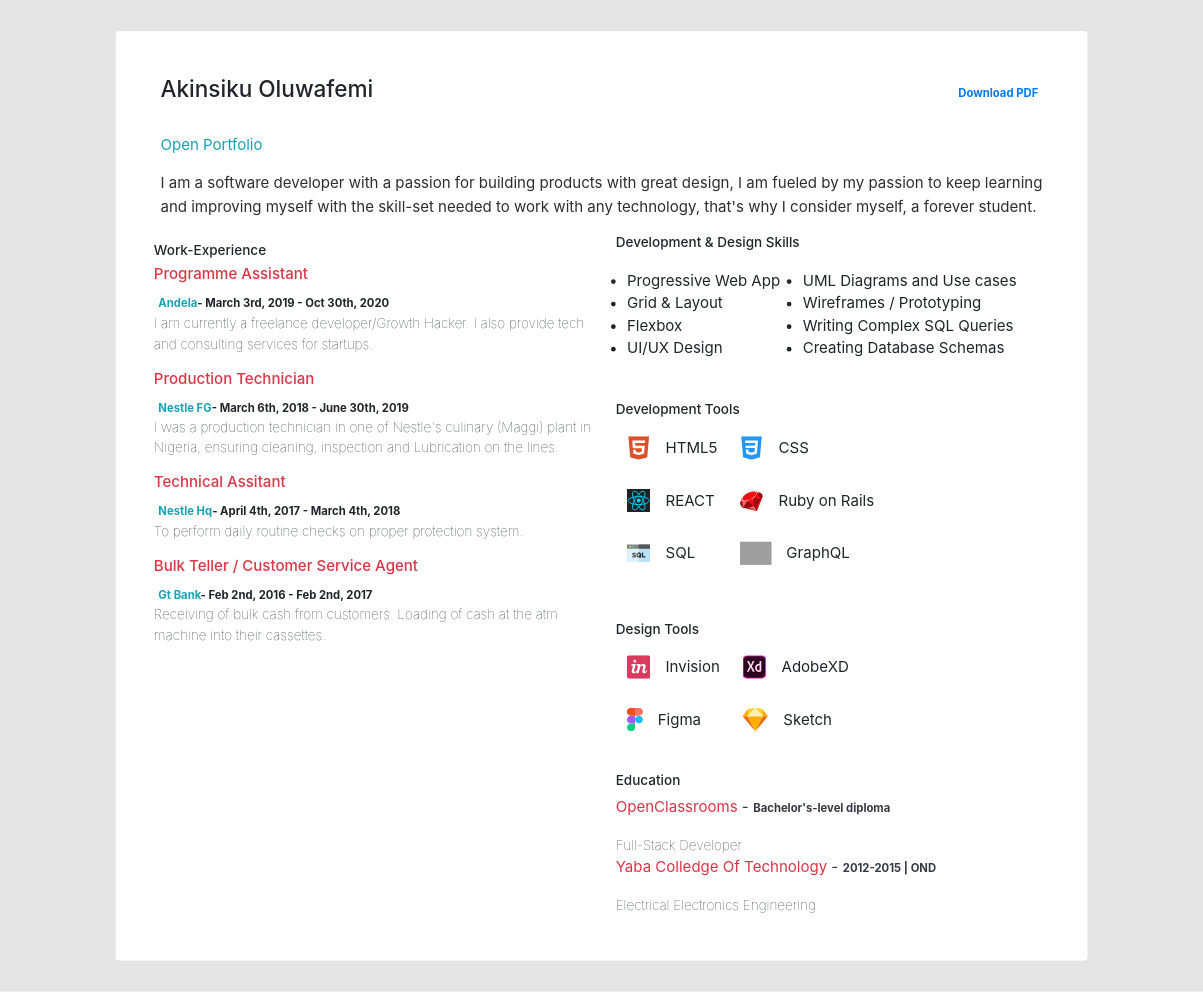
Repository: akinsikuoluwafemi/resume
Page: index.html
The author's editor kept a copy of each file at every save. The page is drawn from the files as they stood at one save, then again after the next save.
The browser window is 1280 px wide. The pictures show the whole page, at 94% of full size.
Pictures or frames that could not be fetched are drawn as grey boxes. The style sheet was rebuilt from its Sass, Less or Tailwind sources for each picture, by a compiler version that may differ from the author's.

Above is the page before, as saved 2021-01-13 23:34:45.

### index.html
<!DOCTYPE html>
<html lang="en">

<head>
    <meta charset="UTF-8">
    <meta name="viewport" content="width=device-width, initial-scale=1.0">
    <meta http-equiv="X-UA-Compatible" content="ie=edge">
    <link rel="shortcut icon" type="image/png" href="./images/new-photo.png">

    <link rel="stylesheet" href="https://stackpath.bootstrapcdn.com/bootstrap/4.3.1/css/bootstrap.min.css" integrity="sha384-ggOyR0iXCbMQv3Xipma34MD+dH/1fQ784/j6cY/iJTQUOhcWr7x9JvoRxT2MZw1T"
        crossorigin="anonymous" />
    <link rel="stylesheet" href="./resume.css">

    <title>Akinsiku Oluwafemi - Software Developer</title>
</head>

<body>

   <div class="col-sm-12 col-lg-10 m-auto">
       <!--  -->
        <div class="p-c container border px-3 py-4 px-lg-5 py-lg-5 ">
            <header class="row">
                <div class="col d-flex align-items-center">
                    <h4 class="header__name mr-auto">Akinsiku Oluwafemi</h4>
                    <a href="./images/Femi_Akinsiku_resume.pdf" download="Femi_Akinsiku_resume.pdf" class="badge">Download PDF</a>
                </div>
            </header>
            <div class="row mt-4">
                <a href="https://femiakin.com/" target="_blank" class="col text-info">Open Portfolio</a>
            </div>

            <div class="row mt-3">
                <div class="col">
                    <p class="intro">I am a software developer with a passion for building products with great design, I am
                        fueled by my passion to keep learning and improving myself with the skill-set needed to work with
                        any
                        technology,
                        that's why I consider myself, a forever student.</p>
                </div>
            </div>


            <div class="row">

                <div class="col col-lg-6 p-2  ">
                    <!-- <div>
                        <h5 class="item__header">Community-Experience</h5>

                        <h6 class="item__job text-danger">#GADS 2020 - Programme Assistant </h6>
                        <p class="item__description">Grow with google, Andela and Pluralsight partnered to provide a new
                            program to support
                            software developers in Africa on Android, Google Cloud and Mobile Web skills. I am currently
                            serving as a
                            program assistant.</p>

                    </div>

                    <div>



                        <h6 class="item__job text-danger">#BuildforSDG Challenge 2020 - Programme Assistant </h6>


                        <p class="item__description">Facebook and Andela partnered to up-skill developers across
                            Sub-Saharan
                            Africa,
                            through a six-week immersive program where selected developers work in agile remote
                            teams to build projects relating to the SDGs.
                        </p>

                    </div> -->




                    <!-- here -->
                    <div>
                        <h5 class="item__header">Work-Experience</h5>
                        <h6 class="item__job text-danger">Programme Assistant
</h6>
                        <span class="badge"><span class="text-info">Andela</span>- March 3rd, 2019 - Oct 30th, 2020</span>
                        <p class="item__description">I am currently a freelance developer/Growth Hacker. I also provide tech and consulting services for startups.</p>

                    </div>
                    <div>
                        <h6 class="item__job text-danger">Production Technician</h6>
                        <span class="badge"><span class="text-info">Nestle FG</span>- March 6th, 2018 - June 30th, 2019 </span>
                        <p class="item__description">I was a production technician in one of Nestle's culinary (Maggi)
                            plant in
                            Nigeria,
                            ensuring cleaning, inspection and Lubrication on the lines.</p>

                    </div>
                    <div>
                        <h6 class="item__job text-danger">Technical Assitant</h6>
                        <span class="badge"><span class="text-info">Nestle Hq</span>- April 4th, 2017 - March 4th, 2018</span>
                        <p class="item__description">To perform daily routine checks on proper protection system.
                        </p>

                    </div>
                    <div>
                        <h6 class="item__job text-danger">Bulk Teller / Customer Service Agent</h6>
                        <span class="badge"><span class="text-info">Gt Bank</span>- Feb 2nd, 2016 - Feb 2nd, 2017 </span>
                        <p class="item__description">Receiving of bulk cash from customers.
                            Loading of cash at the atm machine into their cassettes.
                            </p>

                    </div>
                    <!-- here2 -->


                </div>
                <div class="col col-lg-6 ">

                    <div>
                        <h5 class="item__header ">Development & Design Skills</h5>
                        <div class="d-flex ">
                            <ul class="list__item">
                                <li>Progressive Web App</li>
                                <li>Grid & Layout</li>
                                <li>Flexbox</li>
                                <li>UI/UX Design</li>


                            </ul>
                            <ul class="list__item">
                                <li>UML Diagrams and Use cases</li>
                                <li>Wireframes / Prototyping</li>
                                <li>Writing Complex SQL Queries</li>
                                <li>Creating Database Schemas</li>



                            </ul>
                        </div>


                    </div>

                    <div class="item__container">
                        <h5 class="item__header">Development Tools</h5>
                        <div class="d-flex ">
                            <ul class="list__item">
                                <div class="d-flex  mb-3">
                                    <img src="./images/html5.svg" />
                                    <p class="ml-3">HTML5</p>
                                </div>
                                <div class="d-flex  mb-3">
                                    <img src="./images/react-1.svg" />
                                    <p class="ml-3">REACT</p>
                                </div>
                                <div class="d-flex ">
                                    <img src="./images/sql.svg" />
                                    <p class="ml-3">SQL</p>
                                </div>

                            </ul>
                            <ul class="list__item ">
                                <div class="d-flex  mb-3">
                                    <img src="./images/css-3.svg" />
                                    <p class="ml-3">CSS</p>
                                </div>
                                <div class="d-flex  mb-3">
                                    <img src="./images/ruby.svg" />
                                    <p class="ml-3">Ruby on Rails</p>
                                </div>
                                <div class="d-flex ">
                                    <img src="./images/graphql-icon.svg" />
                                    <p class="ml-3">GraphQL</p>
                                </div>


                            </ul>
                        </div>


                    </div>

                    <!-- here -->

                    <div class="item__contain">
                        <h5 class="item__header">Design Tools</h5>
                        <div class="d-flex ">
                            <ul class="list__item">
                                <div class="d-flex mb-3">
                                    <img src="./images/invision.svg" />
                                    <p class="ml-3">Invision</p>
                                </div>
                                <div class="d-flex ">
                                    <img src="./images/figma-1.svg" />
                                    <p class="ml-3">Figma</p>
                                </div>

                            </ul>
                            <ul class="list__item ">
                                <div class="d-flex  mb-3 ">
                                    <img src="./images/adobe-xd-1.svg" />
                                    <p class="ml-3">AdobeXD</p>
                                </div>
                                <div class="d-flex ">
                                    <img src="./images/sketch-2.svg" />
                                    <p class="ml-3">Sketch</p>
                                </div>


                            </ul>
                        </div>


                    </div>
                    <div class="edu">
                        <h5 class="item__header">Education</h5>
                        <p paragraph><a href="https://www.francecompetences.fr/recherche/rncp/27099/" class="text-danger text-info">OpenClassrooms
                            <span class="text-dark">-</span><span class="badge text-dark">Bachelor's-level diploma</span></a></p>

                        <span class="item__description "><a style="color: #212529" href="https://openclassrooms.com/en/paths/104-full-stack-developer">Full-Stack Developer</a></span>

                        <p class="text-danger paragraph pt-2">Yaba Colledge Of Technology <span class="text-dark">-</span><span class="badge text-dark">2012-2015
                                | OND</span></p>
                        <span class="item__description ">Electrical Electronics Engineering</span>


                    </div>



                </div>

            </div>


        </div>

        <!--  -->
   </div>










    <script src="https://code.jquery.com/jquery-3.3.1.slim.min.js" integrity="sha384-q8i/X+965DzO0rT7abK41JStQIAqVgRVzpbzo5smXKp4YfRvH+8abtTE1Pi6jizo"
        crossorigin="anonymous"></script>
    <script src="https://cdnjs.cloudflare.com/ajax/libs/popper.js/1.14.7/umd/popper.min.js" integrity="sha384-UO2eT0CpHqdSJQ6hJty5KVphtPhzWj9WO1clHTMGa3JDZwrnQq4sF86dIHNDz0W1"
        crossorigin="anonymous"></script>
    <script src="https://stackpath.bootstrapcdn.com/bootstrap/4.3.1/js/bootstrap.min.js" integrity="sha384-JjSmVgyd0p3pXB1rRibZUAYoIIy6OrQ6VrjIEaFf/nJGzIxFDsf4x0xIM+B07jRM"
        crossorigin="anonymous"></script>
</body>

</html>

### resume.scss


body {
    background-color: #E5E5E5;

    -webkit-font-smoothing: antialiased;
  -moz-osx-font-smoothing: grayscale;
}

.container {
    margin: 2rem auto;
    background-color: white;
    border-radius: .3rem;
}

.intro {
    font-size: 1rem;
    color: rgba(0,0,0,0.82);
    line-height: 1.6rem;
}


.text-info:hover{
    text-decoration: none;
}

img {
    height: 25px;
}



.item {

     &__contain {
        margin-bottom: 0rem;
        // background: red;
    }

    &__container {
        margin: 1rem 0!important;
    }

    &__dev {
         font-size: .9rem;
        margin-bottom: 1rem;
    }

    &__header {
        font-size: .9rem;
        margin-bottom: .5rem;
    }

    &__description {
        font-weight: 100;
        font-size: .9rem;
    }

}


.list__item {
    padding: 12px;
}

@media (max-width: 576px) {
    br {
        display: none;
    }
 }

 .paragraph {
   padding: 0!important;
 }

After the next save:
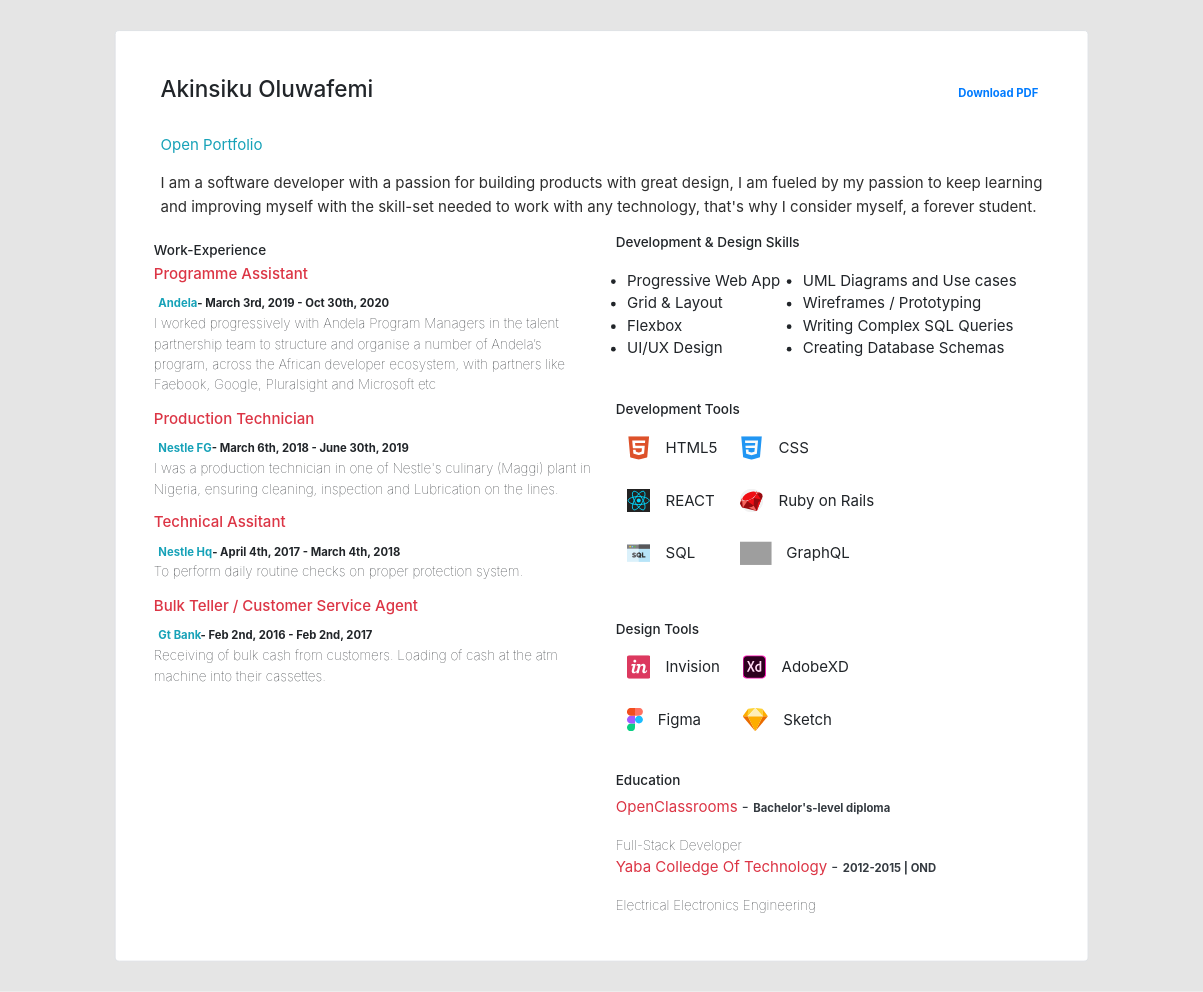
Saved 29 s later.
--- a/index.html
+++ b/index.html
@@ -80,7 +80,7 @@
                         <h6 class="item__job text-danger">Programme Assistant
 </h6>
                         <span class="badge"><span class="text-info">Andela</span>- March 3rd, 2019 - Oct 30th, 2020</span>
-                        <p class="item__description">I am currently a freelance developer/Growth Hacker. I also provide tech and consulting services for startups.</p>
+                        <p class="item__description">I worked progressively with Andela Program Managers in the      talent partnership team to structure and organise a number of Andela’s program, across the African developer ecosystem, with partners like Faebook, Google, Pluralsight and Microsoft etc</p>
 
                     </div>
                     <div>
